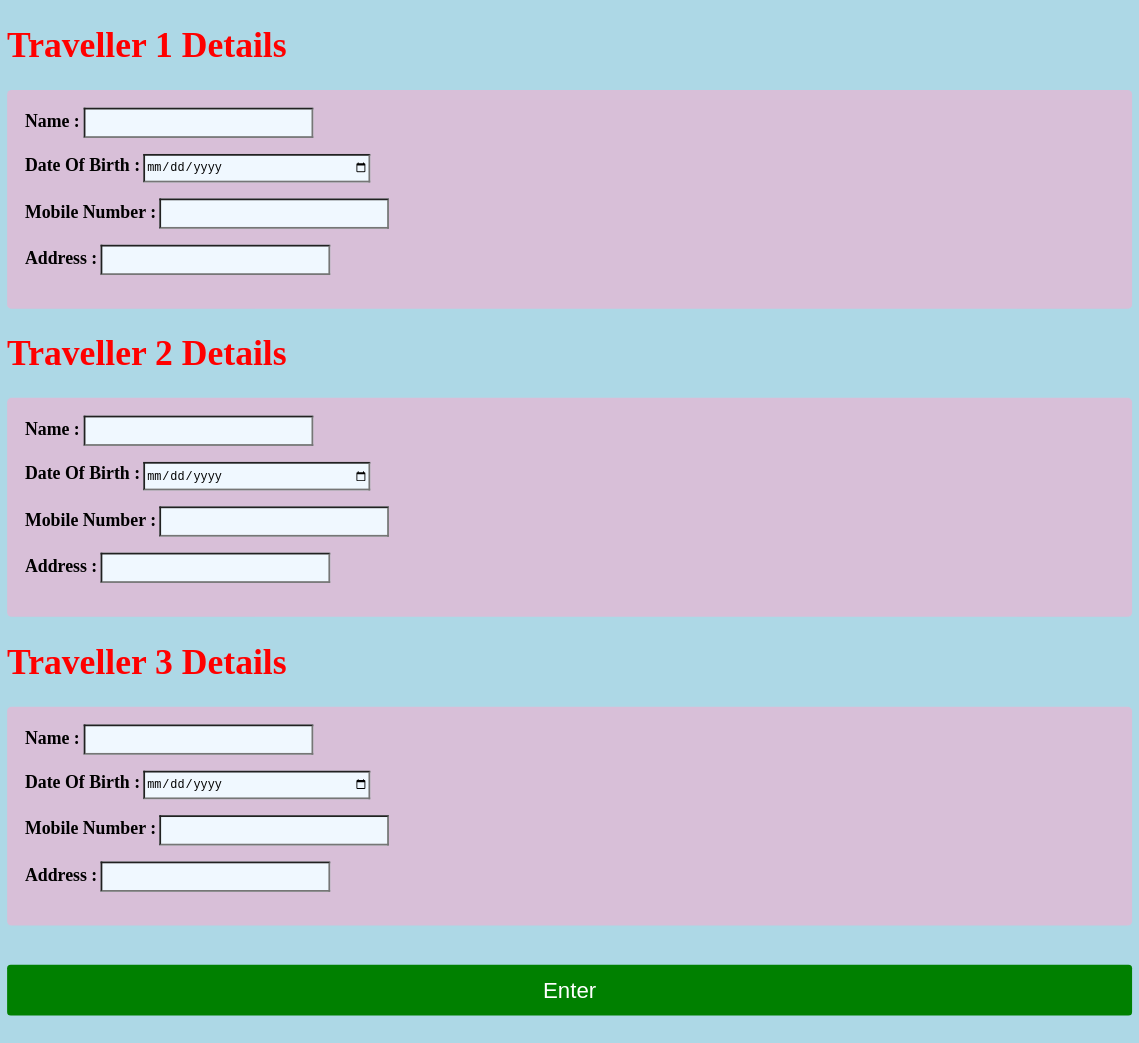
Repository: KanimozhiThandapani/Phase2AirlineBookingProject
Page: http://localhost/AirlineBooking/registrationPage.jsp
These files come from the project's save history. The page is drawn as it stood at one moment and after the next save; the edit follows.
The browser window is 1280 px wide. The pictures show the whole page, at 89% of full size.
The page is served by Tomcat 9. Other server files are loaded and not shown.

Above is the page before, as saved 2022-04-26 07:42:00.

### AirlineBooking/WebContent/registrationPage.jsp
<!DOCTYPE html>
<html>
<head>
<meta charset="ISO-8859-1">
<title>:: Login ::</title>
<style>
h1 {
  font-size: 40px;
  color: red;
  font-family: 'Brush Script MT', cursive;
}

input[type=submit] {
  width: 100%;
  background-color: purple;
  color: white;
  padding: 14px 20px;
  margin: 8px 0;
  border: none;
  border-radius: 4px;
  cursor: pointer;
  text-align: center;
}

input[type=submit]:hover {
  background-color: #45a049;
  text-align: center;
}

div {
  border-radius: 5px;
  background-color: thistle;
  padding: 20px;
}

h3 {
  text-align: right;
  font-size: 1.2em;
  color: black;
}

h3 {
  text-align: right;
  font-size: 1em;
  color: green;
}
</style>
</head>
<body style="background-color:lightblue;">
<form action="bookedFlights" method="get">
   <h1>Traveller 1 Details</h1>

   <div>
    <label for="name" style="font-size: 20px"><strong>Name :</strong></label>
    <input type="text" name="t1username" style="width:250px;height: 28px;background: aliceblue;" required="required"> <br> <br>

    <label for="dob" style="font-size: 20px"><strong>Date Of Birth :</strong></label>
    <input type="date" name="t1dob" style="width:250px;height: 28px;background: aliceblue;" required="required"> <br> <br>

    <label for="mobNumber" style="font-size: 20px"><strong>Mobile Number :</strong></label>
    <input type="number" name="t1mobileNo" style="width:250px;height: 28px;background: aliceblue;" required="required"> <br> <br>

    <label for="address" style="font-size: 20px"><strong>Address :</strong></label>
    <input type="text" name="t1address" style="width:250px;height: 28px;background: aliceblue;" required="required"> <br> <br>

 </div>
 <h1>Traveller 2 Details</h1>
 <div>
    <label for="name" style="font-size: 20px"><strong>Name :</strong></label>
    <input type="text" name="t1username" style="width:250px;height: 28px;background: aliceblue;" required="required"> <br> <br>

    <label for="dob" style="font-size: 20px"><strong>Date Of Birth :</strong></label>
    <input type="date" name="t1dob" style="width:250px;height: 28px;background: aliceblue;" required="required"> <br> <br>

    <label for="mobNumber" style="font-size: 20px"><strong>Mobile Number :</strong></label>
    <input type="number" name="t1mobileNo" style="width:250px;height: 28px;background: aliceblue;" required="required"> <br> <br>

    <label for="address" style="font-size: 20px"><strong>Address :</strong></label>
    <input type="text" name="t1address" style="width:250px;height: 28px;background: aliceblue;" required="required"> <br> <br>

 </div>
 <h1>Traveller 3 Details</h1>
 <div>
    <label for="name" style="font-size: 20px"><strong>Name :</strong></label>
    <input type="text" name="t1username" style="width:250px;height: 28px;background: aliceblue;" required="required"> <br> <br>

    <label for="dob" style="font-size: 20px"><strong>Date Of Birth :</strong></label>
    <input type="date" name="t1dob" style="width:250px;height: 28px;background: aliceblue;" required="required"> <br> <br>

    <label for="mobNumber" style="font-size: 20px"><strong>Mobile Number :</strong></label>
    <input type="number" name="t1mobileNo" style="width:250px;height: 28px;background: aliceblue;" required="required"> <br> <br>

    <label for="address" style="font-size: 20px"><strong>Address :</strong></label>
    <input type="text" name="t1address" style="width:250px;height: 28px;background: aliceblue;" required="required"> <br> <br>

 </div>
 <br> <br>

 <input type="submit" value="Enter" style="font-size: 25px;background: green;color: #FFF;"><br> <br>
 </form>
</body>
</html>

After the next save:
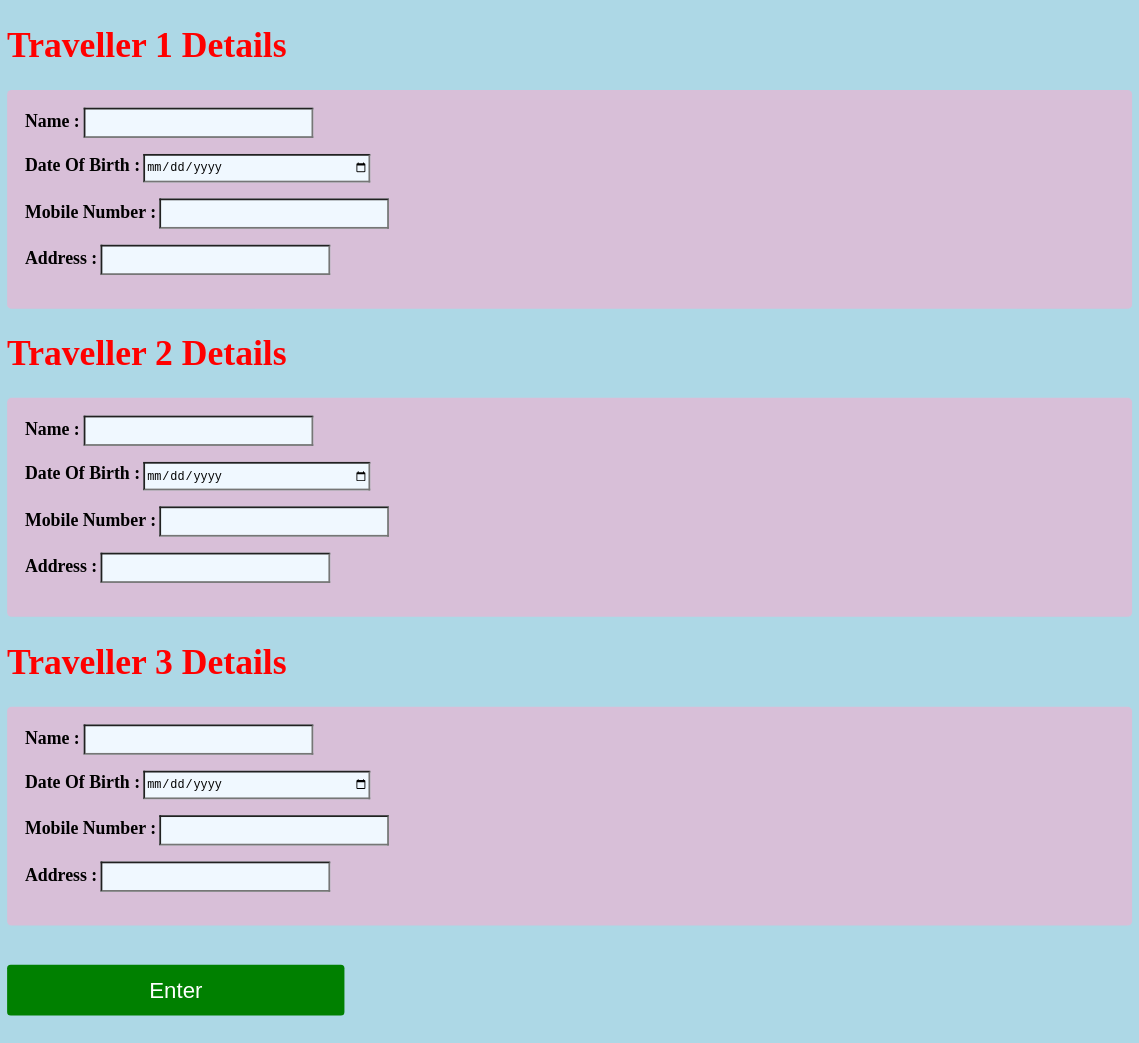
Saved 17 s later.
--- a/AirlineBooking/WebContent/registrationPage.jsp
+++ b/AirlineBooking/WebContent/registrationPage.jsp
@@ -11,7 +11,7 @@ h1 {
 }
 
 input[type=submit] {
-  width: 100%;
+  width: 30%;
   background-color: purple;
   color: white;
   padding: 14px 20px;
